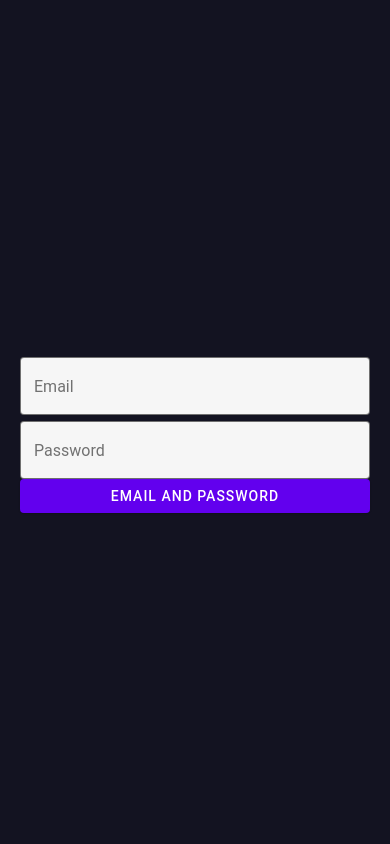
Repository: pascalgrim/GymTracker
Screen: /
These files come from the project's save history. The screen is drawn as it stood at one moment and after the next save; the edit follows.
The app was drawn by React Native's web renderer in a window 390 px wide. The project was rebuilt for these pictures with package versions that can differ from the ones it lists, and the page was loaded fresh each time. Also part of the build but not shown: components/menuCard.js, components/Dashboard.js, firebase.js, context/AuthContext.js.

Above is the screen before, as saved 2021-11-05 19:59:13.

After the next save:
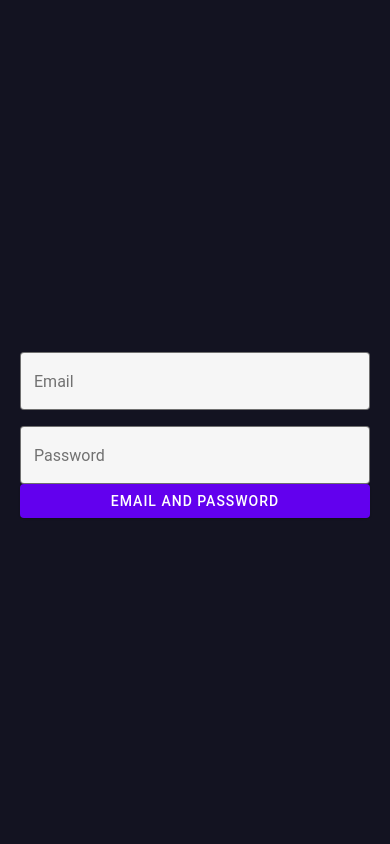
Saved 5 s later.
--- a/components/Signup.js
+++ b/components/Signup.js
@@ -53,5 +53,6 @@ const styles = StyleSheet.create({
     },
     textInput:{
         marginTop:10,
+        marginBottom:10,
     }
   });
